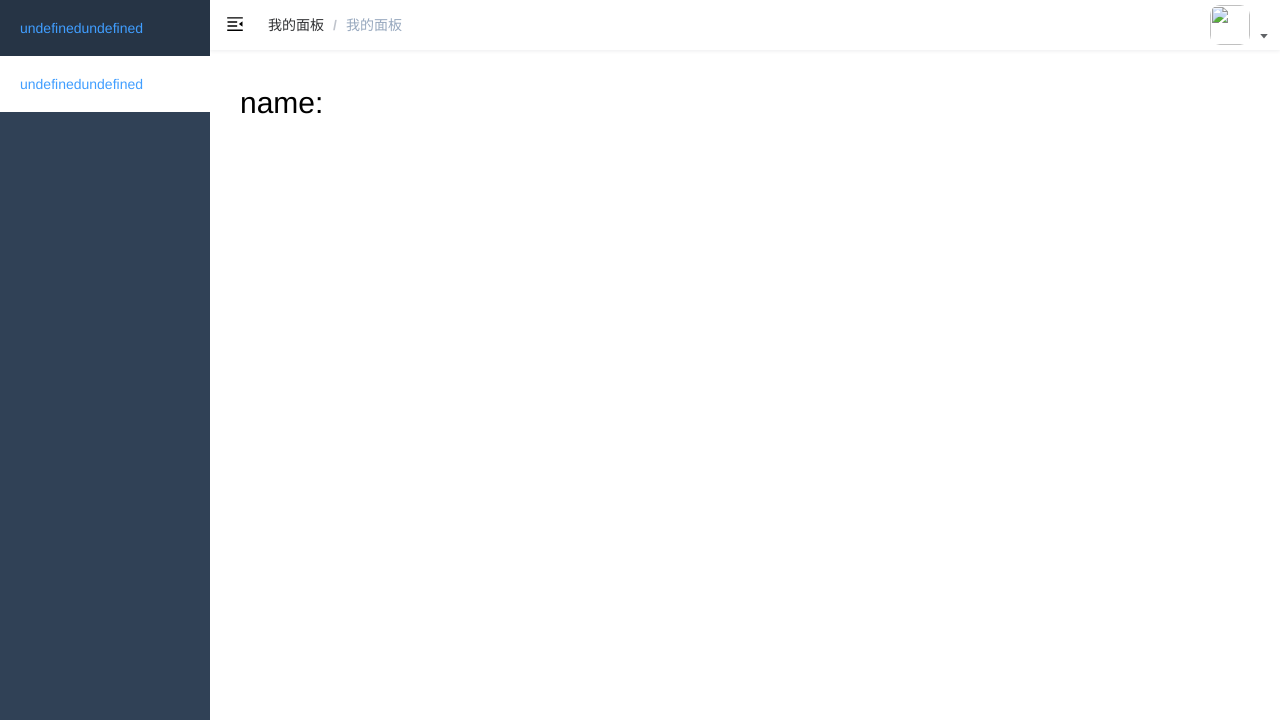
Repository: hongcheng-choi/yck-admin
Page: /#/index
The author's editor kept a copy of each file at every save. The page is drawn from the files as they stood at one save, then again after the next save.
The browser window is 1280 px wide. The pictures show the whole page.
The page's requests for data from a server got no answer. The project was rebuilt for these pictures with package versions that can differ from the ones it lists, and the page was loaded fresh each time. No one was signed in, and anything a server would have sent is missing. Also part of the build but not shown: vue.config.js, src/layout/components/Sidebar/Logo.vue, src/styles/variables.scss.

Above is the page before, as saved 2020-08-03 17:36:12.

After the next save:
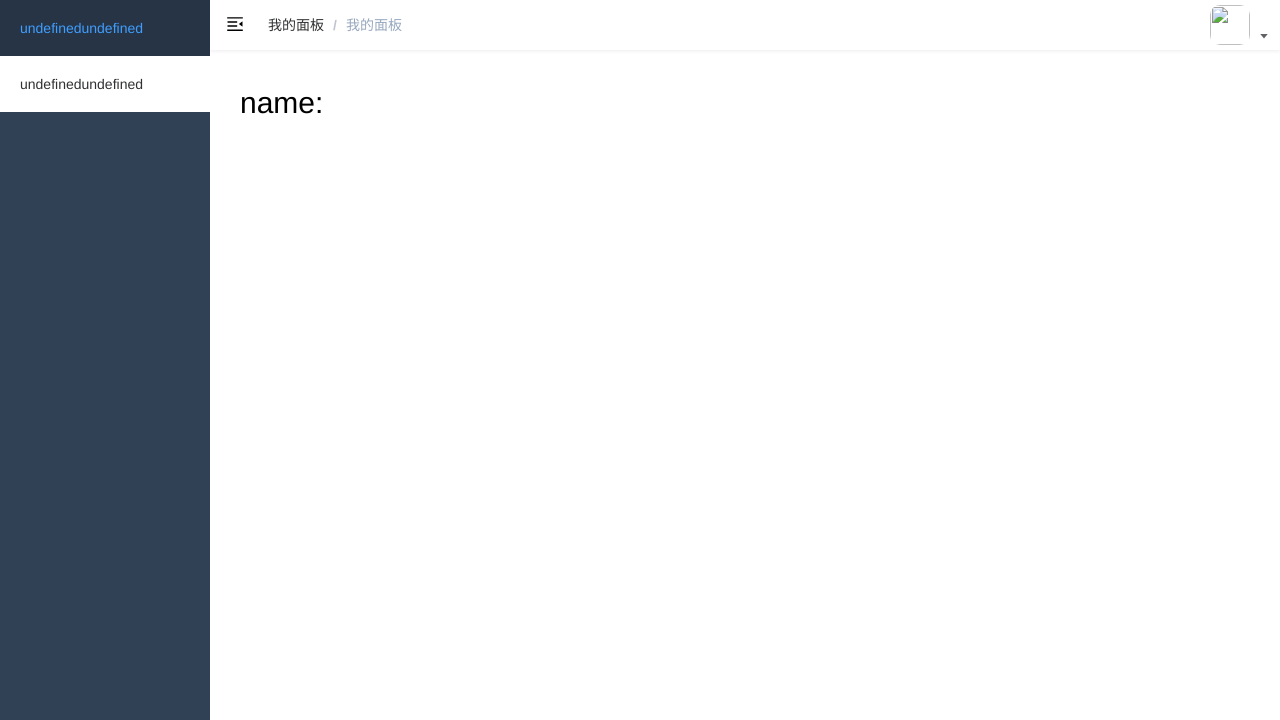
Saved 46 s later.
--- a/src/router/index.js
+++ b/src/router/index.js
@@ -48,13 +48,13 @@ export const constantRoutes = [
     }]
   },
   {
-    path: '/',
+    path: '/brand',
     component: Layout,
-    redirect: '/index',
+    // redirect: '/index',
     children: [{
-      path: 'index',
-      name: 'Index',
-      component: () => import('@/views/index/index'),
+      path: 'brand',
+      name: 'Brand',
+      component: () => import('@/views/brand/index'),
       meta: { title: '我的面板', icon: 'dashboard' }
     }]
   },
